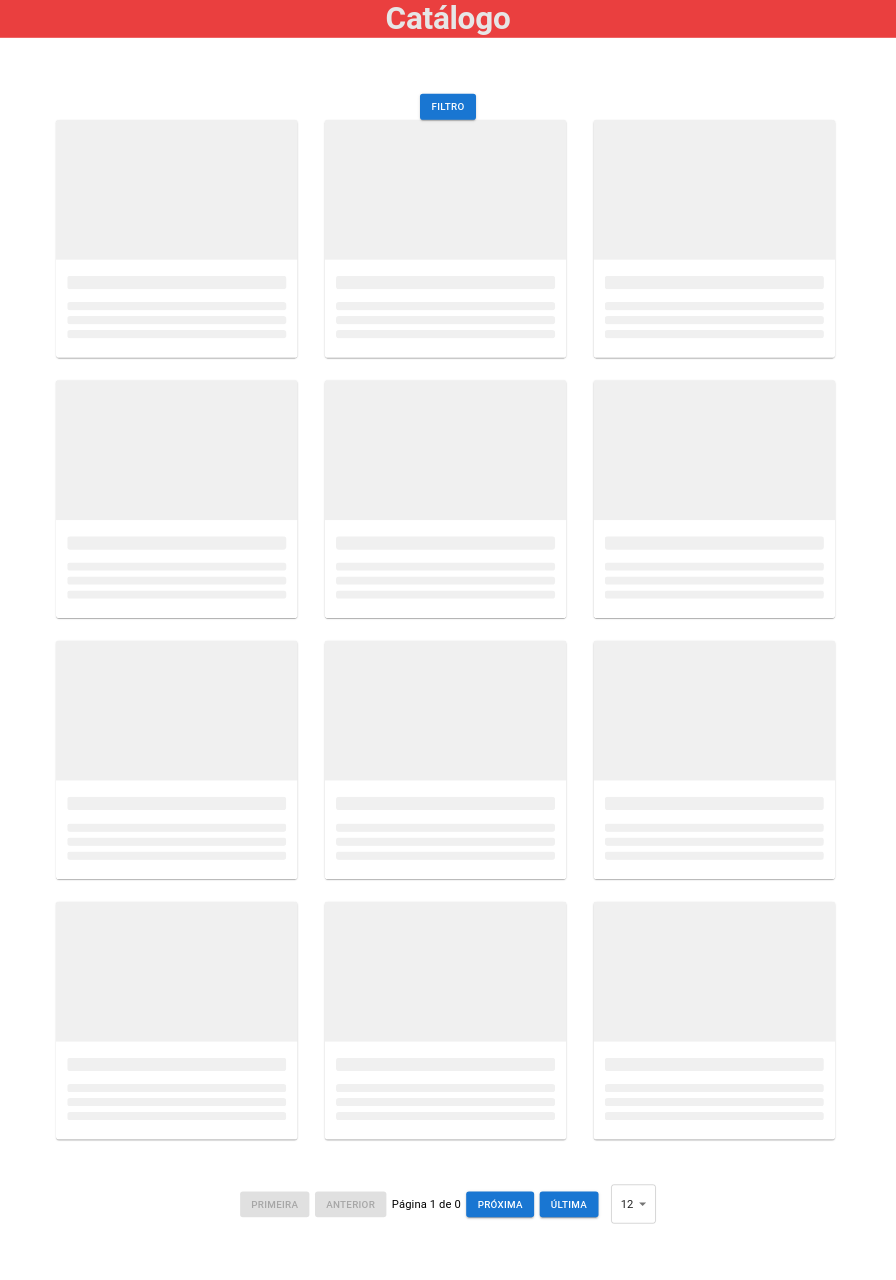
Repository: lenx0/PokeWiki-Front
Page: /
These files come from the project's save history. The page is drawn as it stood at one moment and after the next save; the edit follows.
The browser window is 1280 px wide. The pictures show the whole page, at 70% of full size.
The page's requests for data from a server got no answer. The project was rebuilt for these pictures with package versions that can differ from the ones it lists, and the page was loaded fresh each time. The framework's server and built-in components were replaced by stand-ins that run in the browser. No one was signed in, and anything a server would have sent is missing. Also part of the build but not shown: next.config.mjs.

Above is the page before, as saved 2024-02-17 12:20:12.

### src/app/layout.js
import { Inter } from "next/font/google";
import "./globals.css";

const inter = Inter({ subsets: ["latin"] });

export default function RootLayout({ children }) {
  return (
    <html lang="en">
      <body className={inter.className}>{children}</body>
    </html>
  );
}

### src/app/page.js
'use client'
import PokemonList from "./pages/PokemonList/page";

export default function Home() {
  return (
    <PokemonList />
  );
}

### src/app/pages/PokemonList/page.jsx
import { Box, Grid, Typography } from "@mui/material";

import Cards from "@/app/components/Cards";

export default function PokemonList() {
  return (
    <>
      <Grid
        item
        backgroundColor="#e93232ee"
        textAlign="center"
      >
        <Typography variant="h2" fontSize={45} fontWeight={700} color="#e6e6e6">
          Catálogo
        </Typography>
      </Grid>
      <Grid container padding={10}>
        <Cards />
      </Grid>
    </>
  );
}

### src/app/components/Cards/index.jsx
"use client";
import React, { useEffect, useState } from "react";
import {
  Card,
  CardContent,
  Typography,
  Grid,
  CardMedia,
  Box,
  Button,
} from "@mui/material";

import PokemonService from "@/services/PokemonService";
import { capitalizeFirstLetter } from "@/services/utils/CapitalizeFirstLetter";
import PokemonCardSkeleton from "../Skeleton";
import Pagination from "../Pagination";

export default function Cards() {
  const [pokemonList, setPokemonList] = useState([]);
  const [loading, setLoading] = useState(true);
  const [page, setPage] = useState(1);
  const [totalPages, setTotalPages] = useState(0);
  const [itemsPerPage, setItemsPerPage] = useState(12);

  useEffect(() => {
    async function getPokemon() {
      setLoading(true);

      const limit = itemsPerPage;
      const offset = (page - 1) * itemsPerPage;
      const pokemonListResponse = await PokemonService.getPokemon(
        limit,
        offset
      );
      const totalPokemon = pokemonListResponse.count;
      setTotalPages(Math.ceil(totalPokemon / itemsPerPage));

      const pokemonUrls = pokemonListResponse.results.map(
        (pokemon) => pokemon.url
      );
      const detailedPokemonList = await Promise.all(
        pokemonUrls.map(async (url) => {
          const pokemonDetailsResponse = await PokemonService.getPokemonDetails(
            url
          );
          return pokemonDetailsResponse;
        })
      );
      setPokemonList(detailedPokemonList);
      setLoading(false);
    }
    getPokemon();
  }, [page, itemsPerPage]);

  return (
    <>
      <Grid container justifyContent="center" >
        <Grid item>
          <Button variant="contained">Filtro</Button>
        </Grid>
      </Grid>
      <Grid container spacing={4}>
        {(loading || pokemonList.length === 0) &&
          Array.from({ length: itemsPerPage }).map((_, index) => (
            <Grid item xs={12} sm={6} md={4} key={index}>
              <PokemonCardSkeleton />
            </Grid>
          ))}
        {!loading &&
          pokemonList.map((pokemon, index) => (
            <Grid item xs={12} sm={6} md={4} lg={4} xl={2} key={index}>
              <Card
                sx={{
                  maxWidth: 245,
                  border: "none",
                  boxShadow: "2px 4px 8px 8px rgba(0,0,0,0.2)",
                }}
              >
                <CardMedia
                  component="img"
                  height="auto"
                  image={
                    pokemon.sprites.other["official-artwork"].front_default
                  }
                  alt={pokemon.name}
                />
                <CardContent>
                  <Box textAlign="center">
                    <Typography
                      gutterBottom
                      variant="h5"
                      fontWeight="700"
                      component="div"
                    >
                      {capitalizeFirstLetter(pokemon.name)}
                    </Typography>
                    <Typography variant="body2" color="text.secondary">
                      Número: {pokemon.order}
                    </Typography>
                    <Typography variant="body2" color="text.secondary">
                      Altura: {pokemon.height}
                    </Typography>
                    <Typography variant="body2" color="text.secondary">
                      Peso: {pokemon.weight}
                    </Typography>
                  </Box>
                </CardContent>
              </Card>
            </Grid>
          ))}
        <Grid item lg={12} xs={12}>
          <Pagination
            page={page}
            totalPages={totalPages}
            setPage={setPage}
            itemsPerPage={itemsPerPage}
            setItemsPerPage={setItemsPerPage}
          />
        </Grid>
      </Grid>
    </>
  );
}

### src/services/PokemonService.js
import HttpClient from "./utils/HttpClient";

class PokemonService {
  async getPokemon(limit, offset) {
    const url = `${process.env.NEXT_PUBLIC_API_BASE}?limit=${limit}&offset=${offset}`;
    const response = await HttpClient.getData(url);
    return response;
  }

  async getPokemonDetails(url) {
    const response = await HttpClient.getData(url);
    return response;
  }
}

export default new PokemonService();

### src/services/utils/CapitalizeFirstLetter.js
export function capitalizeFirstLetter(string) {
    return string.charAt(0).toUpperCase() + string.slice(1);
  }

### src/app/components/Skeleton/index.jsx
import React from "react";
import { Card, CardContent, Typography, Skeleton } from "@mui/material";

export default function PokemonCardSkeleton() {
  return (
    <Card sx={{ maxWidth: 345, border: "none" }}>
      <Skeleton variant="rectangular" width="100%" height={200} />
      <CardContent>
        <Typography gutterBottom variant="h5" component="div">
          <Skeleton />
        </Typography>
        <Typography variant="body2" color="text.secondary">
          <Skeleton />
        </Typography>
        <Typography variant="body2" color="text.secondary">
          <Skeleton />
        </Typography>
        <Typography variant="body2" color="text.secondary">
          <Skeleton />
        </Typography>
      </CardContent>
    </Card>
  );
}

### src/app/components/Pagination/index.jsx
import { Box, Button, MenuItem, Select, Typography } from "@mui/material";

const Pagination = ({
  page,
  totalPages,
  itemsPerPage,
  setPage,
  setItemsPerPage,
}) => {

  const nextPage = () => {
    setPage(page + 1);
  };

  const prevPage = () => {
    setPage(page - 1);
  };

  const goToFirstPage = () => {
    setPage(1);
  };

  const goToLastPage = () => {
    setPage(totalPages);
  };

  const handleChangeItemsPerPage = (event) => {
    const newItemsPerPage = parseInt(event.target.value);
    setItemsPerPage(newItemsPerPage);
    setPage(1);
  };

  return (
    <Box
      mt={4}
      gap={1}
      display="flex"
      justifyContent="center"
      alignItems="center"
    >
      <Button variant="contained" onClick={goToFirstPage} disabled={page === 1}>
        Primeira
      </Button>
      <Button variant="contained" onClick={prevPage} disabled={page === 1}>
        Anterior
      </Button>
      <Typography variant="body1">
        Página {page} de {totalPages}
      </Typography>
      <Button
        variant="contained"
        onClick={nextPage}
        disabled={page === totalPages}
      >
        Próxima
      </Button>
      <Button
        variant="contained"
        onClick={goToLastPage}
        disabled={page === totalPages}
      >
        Última
      </Button>
      <Select
        value={itemsPerPage}
        onChange={handleChangeItemsPerPage}
        label="Itens por página"
        variant="outlined"
        style={{ marginLeft: 10 }}
      >
        <MenuItem value={6}>6</MenuItem>
        <MenuItem value={12}>12</MenuItem>
        <MenuItem value={24}>24</MenuItem>
        <MenuItem value={48}>48</MenuItem>
      </Select>
    </Box>
  );
};

export default Pagination;

### src/services/utils/HttpClient.js
class HttpClient {
  async getData(url, filter) {
    try {
      const queryParams = new URLSearchParams({
        filter,
        option: {},
        page: 1,
        pageSize: 1000
      });
      const urlWithParams = `${url}?${queryParams.toString()}`;

      const response = await fetch(urlWithParams);

      if (!response.ok) {
        throw new Error(`Erro ao obter os dados: ${response.status}`);
      }

      return response.json();
    } catch (error) {
      console.error('Erro ao realizar a requisição:', error);
      throw error;
    }
  }

  async getDataDetails(url, filter) {
    try {
      let raw = JSON.stringify({
        filter,
        option: {},
        page: 1,
        pageSize: 100
      })

      let requestOptions = {
        method: 'GET',
        body: raw,
        redirect: 'follow'
      }

      const response = await fetch(url, requestOptions);

      if (!response.ok) {
        throw new Error(`Erro ao obter os detalhes: ${response.status}`);
      }

      return response.json();
    } catch (error) {
      console.error('Erro ao realizar a requisição:', error);
      throw error;
    }
  }
}

export default new HttpClient();

Loaded but not shown: src/app/globals.css (common file)

After the next save:
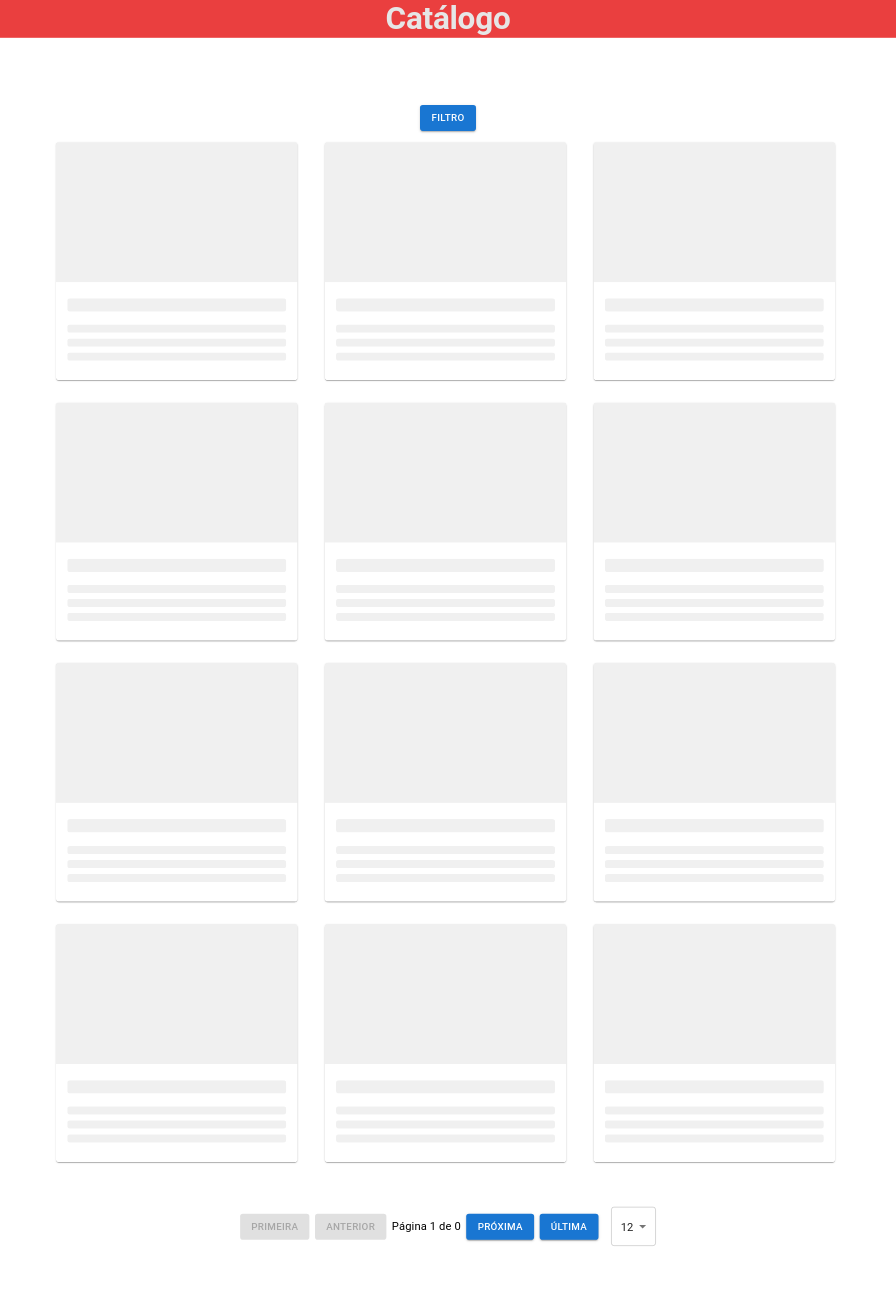
Saved 11 s later.
--- a/src/app/components/Cards/index.jsx
+++ b/src/app/components/Cards/index.jsx
@@ -54,7 +54,7 @@ export default function Cards() {
 
   return (
     <>
-      <Grid container justifyContent="center" >
+      <Grid container py={2} justifyContent="center" >
         <Grid item>
           <Button variant="contained">Filtro</Button>
         </Grid>
